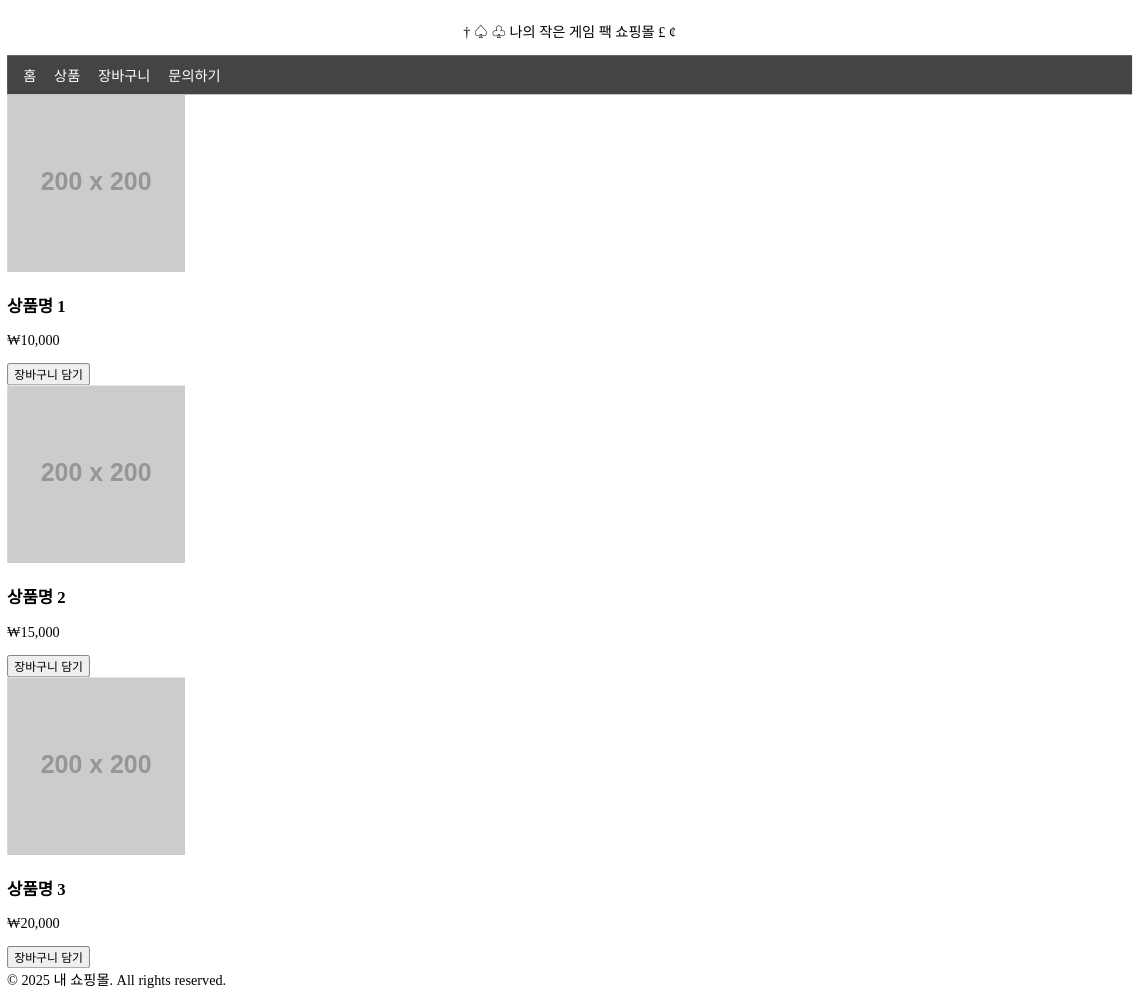
Repository: SeungYeon04/A_AssetsJSP
Page: http://localhost/JSP_Start01/
The author's editor kept a copy of each file at every save. The page is drawn from the files as they stood at one save, then again after the next save.
The browser window is 1280 px wide. The pictures show the whole page, at 89% of full size.
Some web fonts or font styles are not loaded; a fallback is used. The page is served by Tomcat 9.

Above is the page before, as saved 2025-03-11 05:34:36.

### JSP_Start01/src/main/webapp/index.jsp
<%@ page language="java" contentType="text/html; charset=UTF-8"
    pageEncoding="UTF-8"%>
<!DOCTYPE html>
<html>
<head>
<meta charset="UTF-8">
<title>Insert title here</title>
</head>
<body>
	<header>† ♤ ♧  나의 작은 게임 팩 쇼핑몰 £ ¢</header>

    <nav>
        <a href="#">홈</a>
        <a href="#">상품</a>
        <a href="#">장바구니</a>
        <a href="#">문의하기</a>
    </nav>

    <div class="container">
        <div class="product">
            <img src="https://via.placeholder.com/200" alt="상품1">
            <h3>상품명 1</h3>
            <p>₩10,000</p>
            <button>장바구니 담기</button>
        </div>

        <div class="product">
            <img src="https://via.placeholder.com/200" alt="상품2">
            <h3>상품명 2</h3>
            <p>₩15,000</p>
            <button>장바구니 담기</button>
        </div>

        <div class="product">
            <img src="https://via.placeholder.com/200" alt="상품3">
            <h3>상품명 3</h3>
            <p>₩20,000</p>
            <button>장바구니 담기</button>
        </div>
    </div>

    <footer>© 2025 내 쇼핑몰. All rights reserved.</footer>
    <style>

    	body {
    		font-family: 'Ownglyph_ParkDaHyun';
    	}

    	header {
    		text-align: center;
    		padding: 15px 0;
    	}



	    @font-face {
		    font-family: 'Ownglyph_ParkDaHyun';
		    src: url('https://fastly.jsdelivr.net/gh/projectnoonnu/2411-3@1.0/Ownglyph_ParkDaHyun.woff2') format('woff2');
		    font-weight: normal;
		    font-style: normal;
		}

		nav {
			background-color: #444;
			padding: 10px;
			text-align: ceter;

			a {
				color: white;
            	text-decoration: none;
            	margin: 0 8px;
            	/*font-size: 18px;*/
			 }

			a:hover {
            	text-decoration: underline;
        	}
		}

		/* 메인콘텐츠 */

		.container {
			width: 80%;


		}


    </style>
</body>
</html>

After the next save:
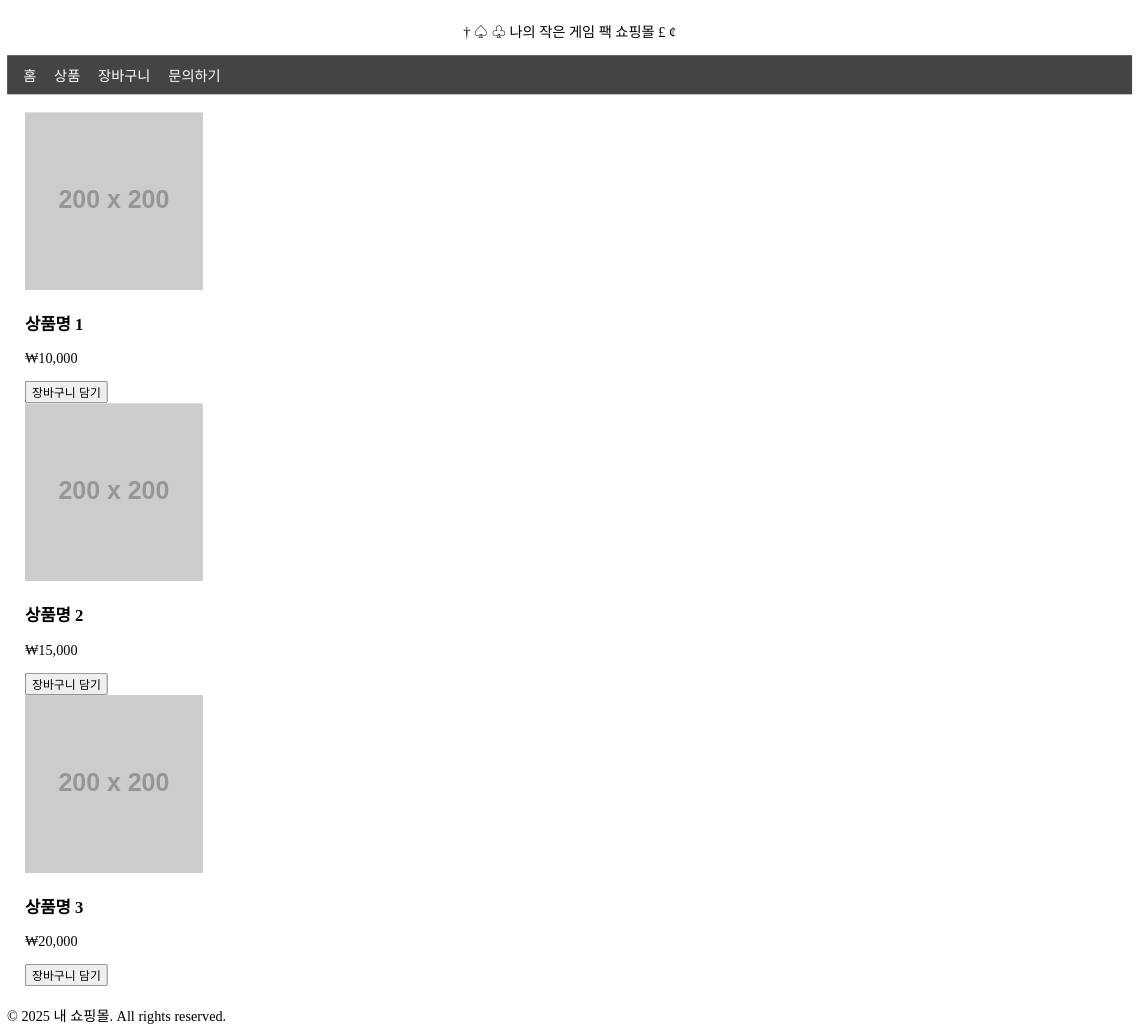
Saved 8 s later.
--- a/JSP_Start01/src/main/webapp/index.jsp
+++ b/JSP_Start01/src/main/webapp/index.jsp
@@ -81,6 +81,7 @@
 
 		.container {
 			width: 80%;
+			margin: 20px;
 
 
 		}
